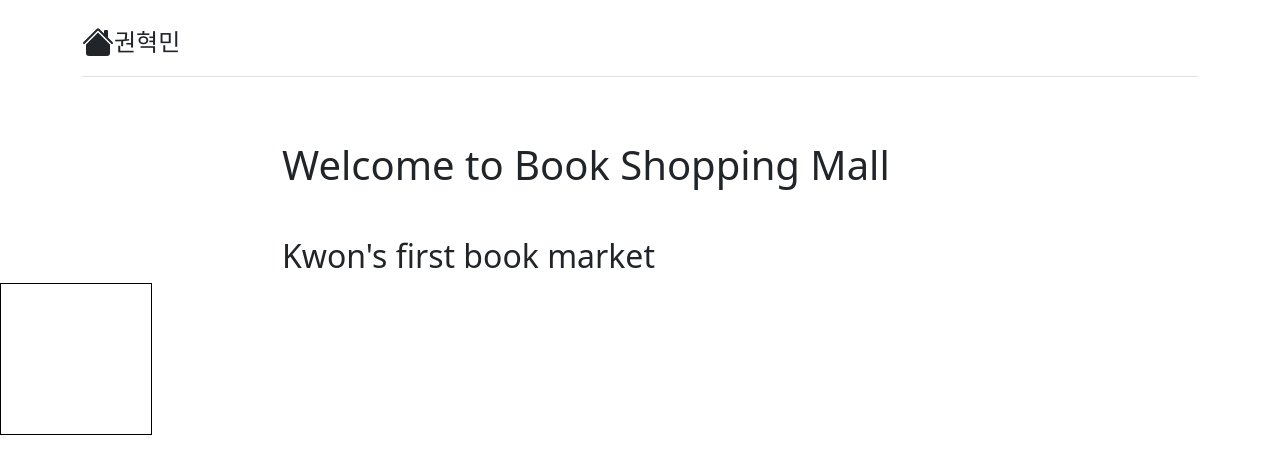
Repository: minn0701/JSP-Webbprogramming
Page: http://localhost/BookMarket/Welcome.jsp
These files come from the project's save history. The page is drawn as it stood at one moment and after the next save; the edit follows.
The browser window is 1280 px wide. The pictures show the whole page.
The page is served by Tomcat 9.

Above is the page before, as saved 2024-03-20 12:30:07.

After the next save:
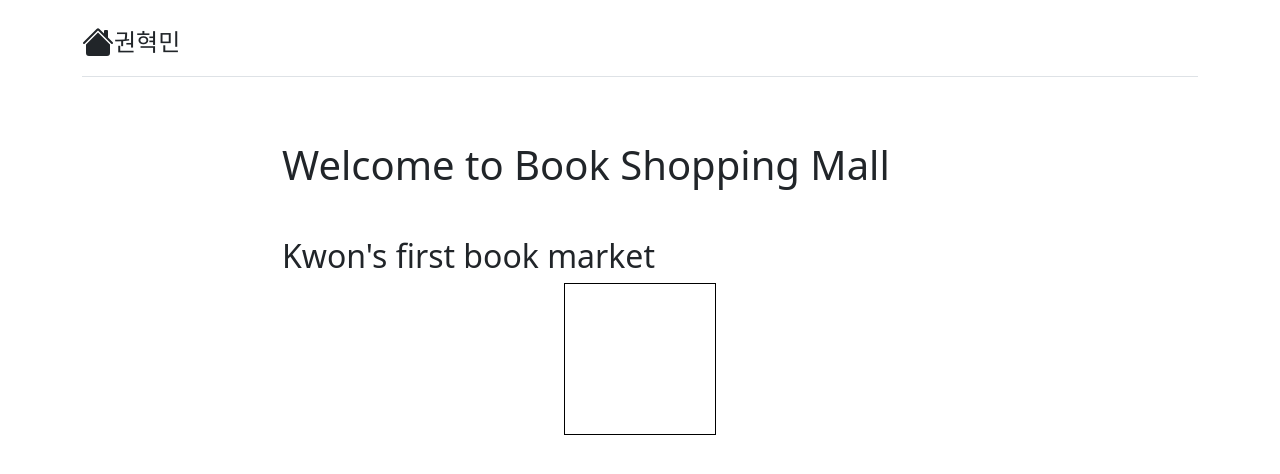
Saved 53 s later.
--- a/BookMarket/src/main/webapp/Welcome.jsp
+++ b/BookMarket/src/main/webapp/Welcome.jsp
@@ -40,7 +40,7 @@
 
 </div>
 
-<canvas id="myCanvas" width="150" height="150" style="border:1px solid black;"></canvas>
+<center><canvas id="myCanvas" width="150" height="150" style="border:1px solid black;"></canvas></center>
 
 
 
